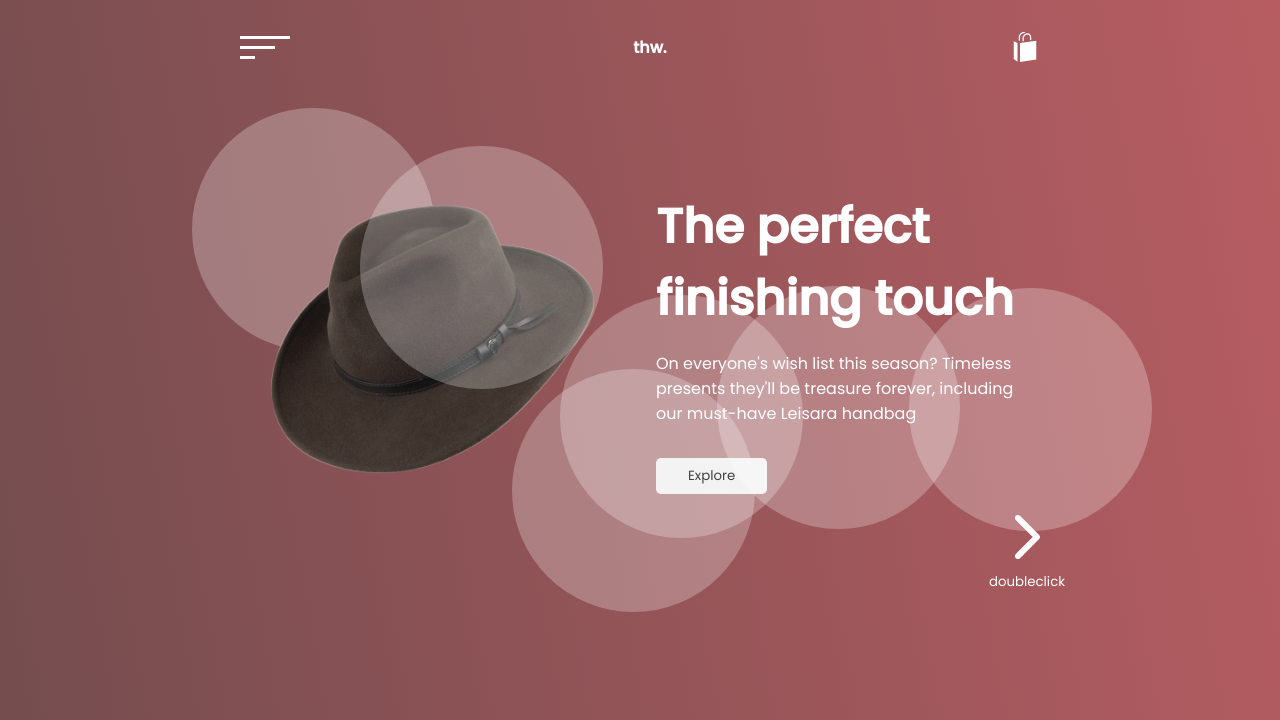
Repository: duck2913/shoppify
Page: hat.html
These files come from the project's save history. The page is drawn as it stood at one moment and after the next save; the edit follows.
The browser window is 1280 px wide. The pictures show the whole page.
Some web libraries are served in a nearby version.

Above is the page before, as saved 2022-02-06 07:24:42.
Console error: ReferenceError: barba is not defined

After the next save:
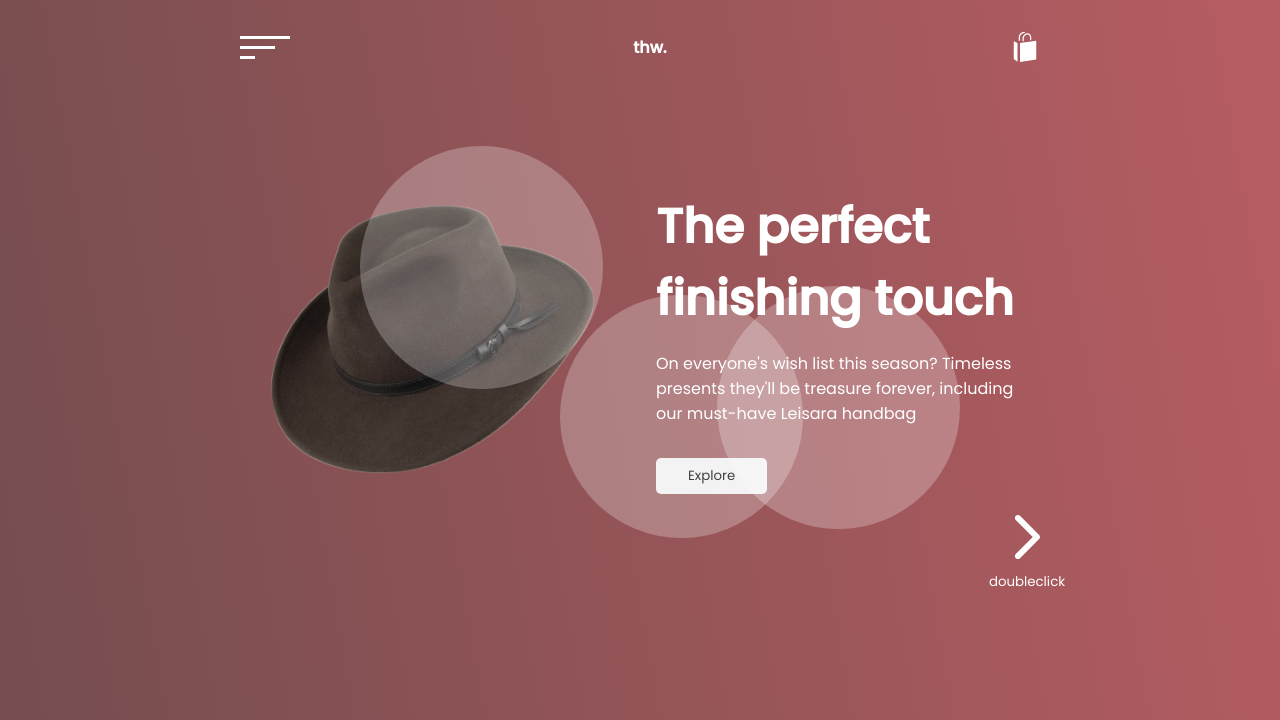
Saved 20 s later.
--- a/hat.html
+++ b/hat.html
@@ -90,55 +90,6 @@
                 />
             </svg>
         </div>
-        <!-- bubbles -->
-        <svg
-            class="circle circle-1"
-            width="243"
-            height="243"
-            viewBox="0 0 243 243"
-            fill="none"
-            xmlns="http://www.w3.org/2000/svg"
-        >
-            <circle
-                cx="121.5"
-                cy="121.5"
-                r="121.5"
-                fill="white"
-                fill-opacity="0.25"
-            />
-        </svg>
-        <svg
-            class="circle circle-2"
-            width="243"
-            height="243"
-            viewBox="0 0 243 243"
-            fill="none"
-            xmlns="http://www.w3.org/2000/svg"
-        >
-            <circle
-                cx="121.5"
-                cy="121.5"
-                r="121.5"
-                fill="white"
-                fill-opacity="0.25"
-            />
-        </svg>
-        <svg
-            class="circle circle-3"
-            width="243"
-            height="243"
-            viewBox="0 0 243 243"
-            fill="none"
-            xmlns="http://www.w3.org/2000/svg"
-        >
-            <circle
-                cx="121.5"
-                cy="121.5"
-                r="121.5"
-                fill="white"
-                fill-opacity="0.25"
-            />
-        </svg>
         <!-- SCRIPTS -->
         <script
             src="https://cdnjs.cloudflare.com/ajax/libs/gsap/3.8.0/gsap.min.js"
